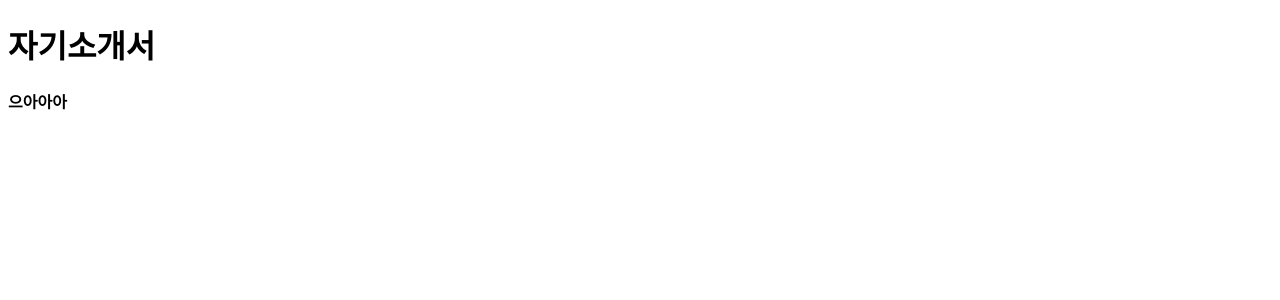
Repository: DongHyenYoo/DongHyen
Page: JdbcStudy/HTMLTEST/WebContent/SelfIntro.html
These files come from the project's save history. The page is drawn as it stood at one moment and after the next save; the edit follows.
The browser window is 1280 px wide. The pictures show the whole page.

Above is the page before, as saved 2022-09-23 05:25:27.

After the next save:
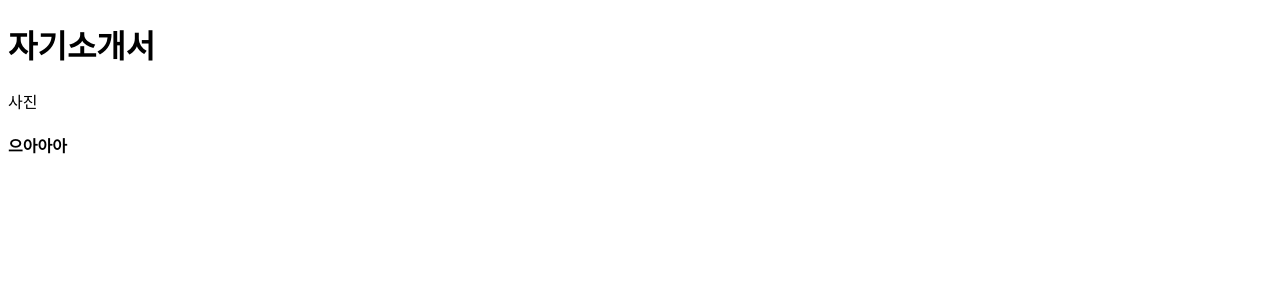
Saved 64 min 5 s later.
--- a/JdbcStudy/HTMLTEST/WebContent/SelfIntro.html
+++ b/JdbcStudy/HTMLTEST/WebContent/SelfIntro.html
@@ -7,6 +7,12 @@
 <body>
 <h1>자기소개서</h1>
 
+사진
+
+<h2></h2>
+
+
+
 <strong>으아아아</strong>
 </body>
 </html>
